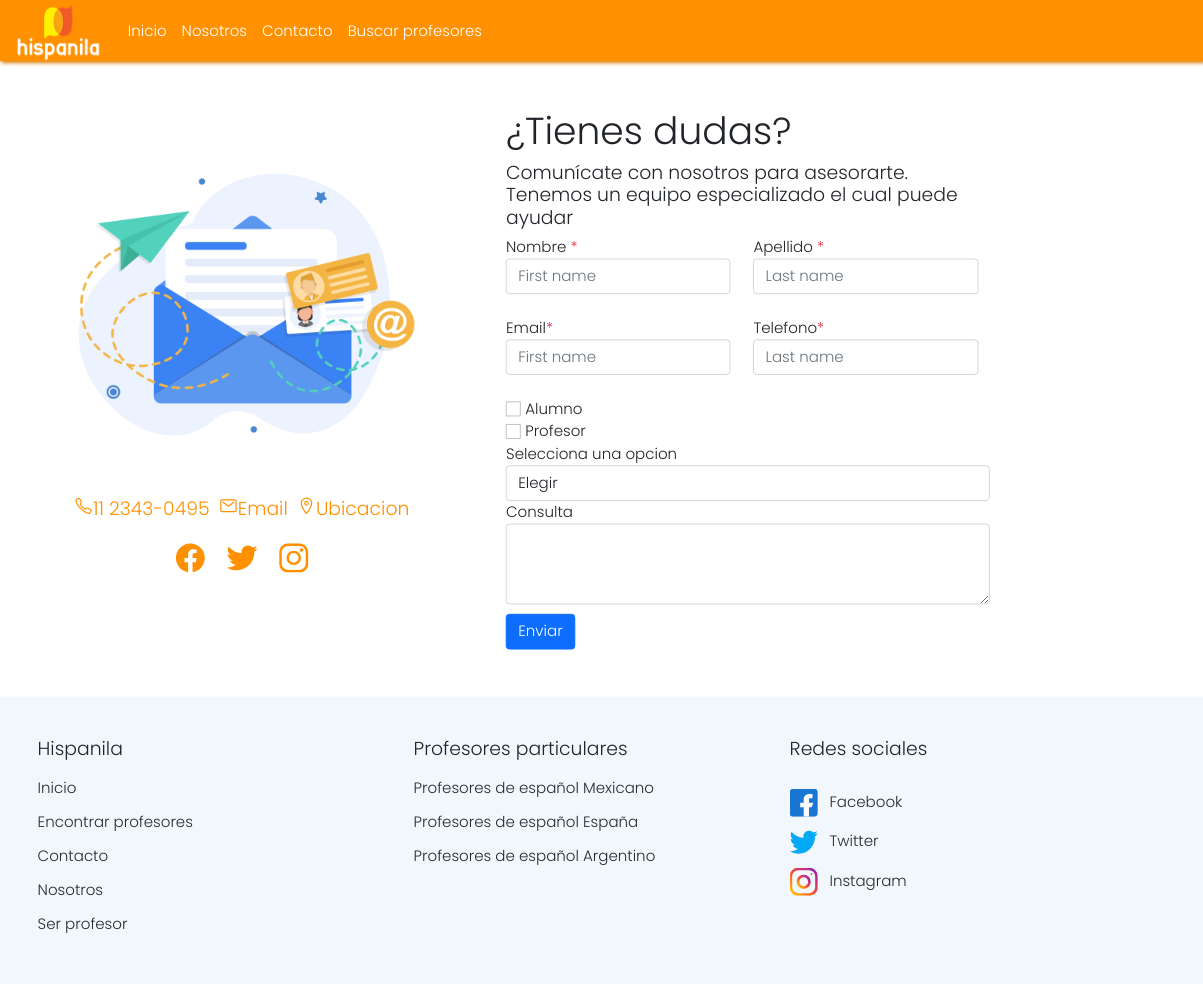
Repository: AgustinGarciaDev/Hispanila
Page: contact.html
An editor plug-in stored every save of this project. The page is shown before and after the next save, followed by the edit.
The browser window is 1280 px wide. The pictures show the whole page, at 94% of full size.
Some web libraries are served in a nearby version. The style sheet was rebuilt from its Sass, Less or Tailwind sources for each picture, by a compiler version that may differ from the author's.

Above is the page before, as saved 2021-01-28 23:59:54.

After the next save:
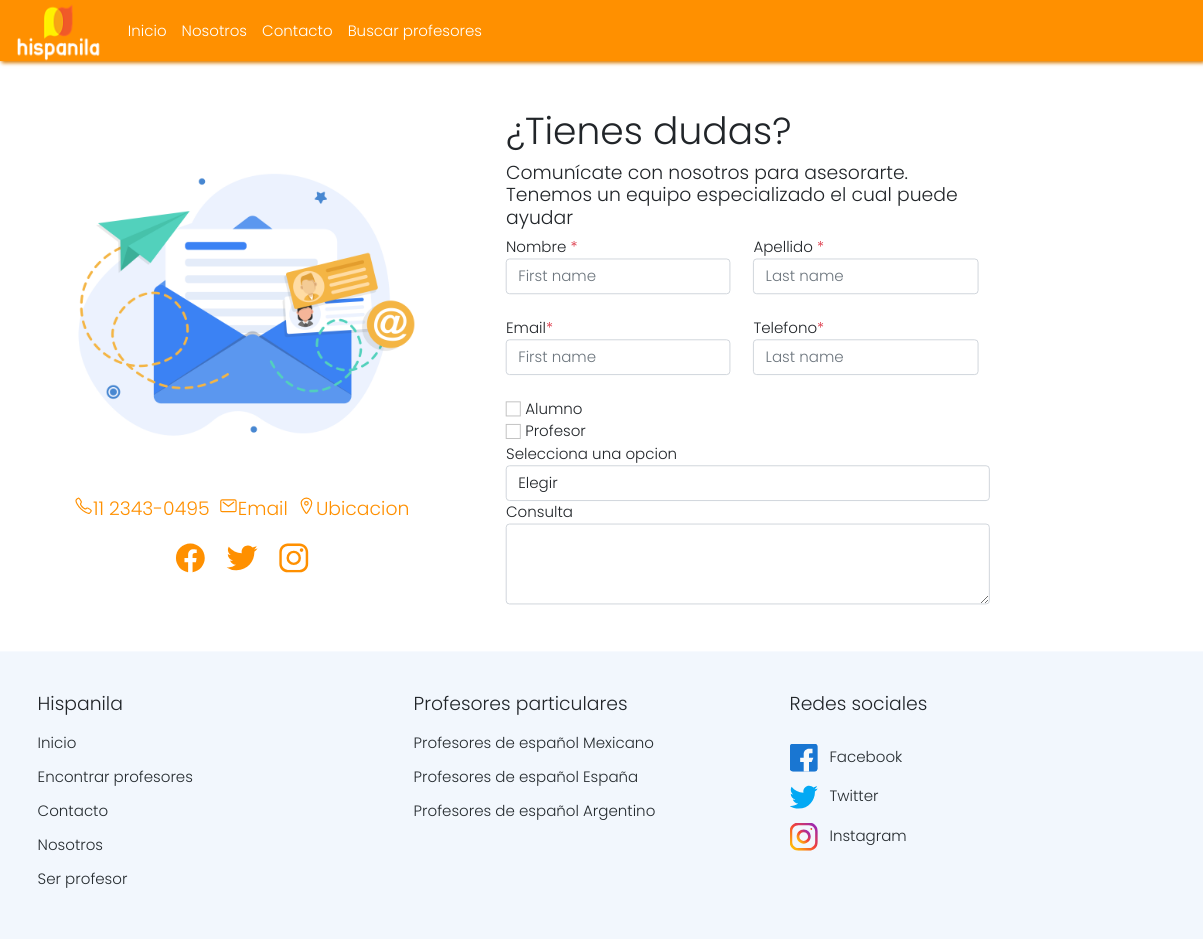
Saved 7 s later.
--- a/contact.html
+++ b/contact.html
@@ -116,7 +116,7 @@
                             <label for="exampleFormControlTextarea1 ">Consulta</label>
                             <textarea class="form-control " id="exampleFormControlTextarea1 " rows="3 "></textarea>
                         </div>
-                        <button type="submit" class="btn btn-primary boton__send">Enviar</button>
+
                     </form>
                 </div>
             </div>
